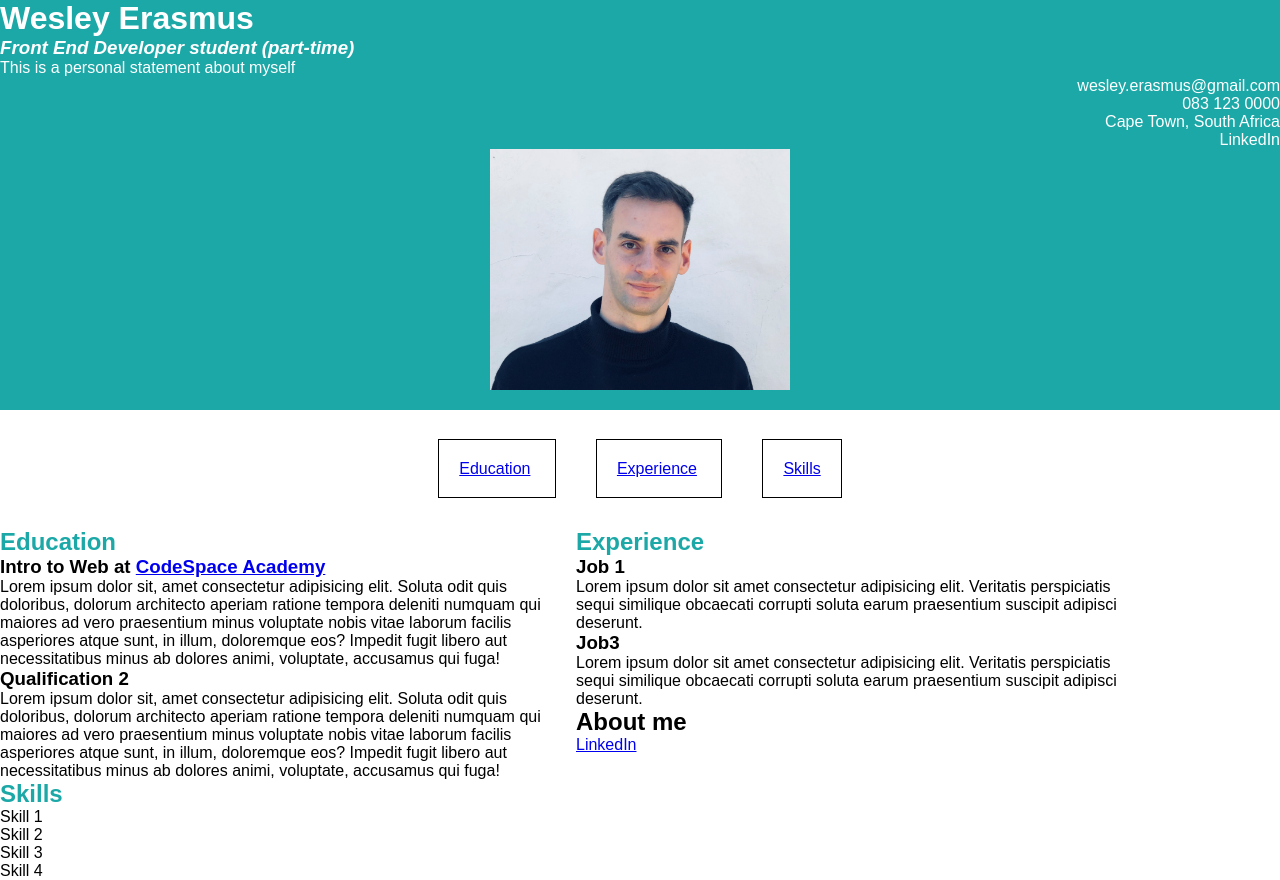
Repository: WesleyErasmus/myDigitalResume
Page: Resume-Projec-3/index.html
These files come from the project's save history. The page is drawn as it stood at one moment and after the next save; the edit follows.
The browser window is 1280 px wide. The pictures show the whole page.

Above is the page before, as saved 2022-02-12 11:40:48.

### Resume-Projec-3/index.html
<!DOCTYPE html>
<html lang="en">

<head>
  <meta charset="UTF-8">
  <meta http-equiv="X-UA-Compatible" content="IE=edge">
  <meta name="viewport" content="width=device-width, initial-scale=1.0">
  <title>Hello World</title>
  <link rel="stylesheet" href="styles.css">
</head>

<body>
  <header>
    <h1>Wesley Erasmus</h1>
    <h3> <em>Front End Developer student (part-time)</em></h3>
    <p>This is a personal statement about myself</p>

    <ul class="contact-details">
      <li>wesley.erasmus@gmail.com</li>
      <li>083 123 0000</li>
      <li>Cape Town, South Africa</li>
      <li>LinkedIn</li>
    </ul>

    <img id="headshot" src="images/IMG_01081.jpg" alt="Portrait image of Wesley Erasmus" width="300px" height="auto">

  </header>
  <nav>

    <ul class="page-links">
      <li> <a href="#Education">Education</a> </li>
      <li> <a href="#Experience">Experience</a> </li>
      <li> <a href="#Skills">Skills</a> </li>
    </ul>

  </nav>

  <main>

    <div class="flex-col-1">

      <h2 class="color-headings" id="Education">Education</h2>

      <h3>Intro to Web at <a href="https://www.codespace.co.za/" target="_blank">CodeSpace Academy</a> </h3>

      <p>Lorem ipsum dolor sit, amet consectetur adipisicing elit. Soluta odit quis doloribus, dolorum architecto
        aperiam ratione tempora deleniti numquam qui maiores ad vero praesentium minus voluptate nobis vitae laborum
        facilis asperiores atque sunt, in illum, doloremque eos? Impedit fugit libero aut necessitatibus minus ab
        dolores animi, voluptate, accusamus qui fuga!</p>

        <h3>Qualification 2</h3>

      <p>Lorem ipsum dolor sit, amet consectetur adipisicing elit. Soluta odit quis doloribus, dolorum architecto
        aperiam ratione tempora deleniti numquam qui maiores ad vero praesentium minus voluptate nobis vitae laborum
        facilis asperiores atque sunt, in illum, doloremque eos? Impedit fugit libero aut necessitatibus minus ab
        dolores animi, voluptate, accusamus qui fuga!</p>




      <h2 class="color-headings" id="Skills">Skills</h2>

      <ul>
      <li>Skill 1</li>
      <li>Skill 2</li>
      <li>Skill 3</li>
      <li>Skill 4</li>
    </ul>

  </div>


    <div class="flex-col-1">
    <h2 class="color-headings" id="Experience">Experience</h2>
    <h3>Job 1</h3>
    <p>Lorem ipsum dolor sit amet consectetur adipisicing elit. Veritatis perspiciatis sequi similique obcaecati
      corrupti soluta earum praesentium suscipit adipisci deserunt.</p>
    <h3>Job3</h3>
    <p>Lorem ipsum dolor sit amet consectetur adipisicing elit. Veritatis perspiciatis sequi similique obcaecati
      corrupti soluta earum praesentium suscipit adipisci deserunt.</p>


    <h2 class="about-me" >About me</h2>
    <p>
      <a href="https://www.linkedin.com/feed/" target="_blank">LinkedIn</a>
    </p>
  </div>

  </main>

</body>

</html>

### Resume-Projec-3/styles.css
* {
    margin: 0;
    padding: 0;
    font-family: sans-serif;
}
header {
    background-color: rgb(29, 168, 168);
    color: #fff;
    margin-bottom: 50px;
}
.contact-details {
    text-align: right;
}
img {
    display: block;
    margin: 0 auto;
    padding-bottom: 20px;
}
.page-links li{
    display: inline;
    background-color: #fff;
    margin: 20px;
    padding: 20px;
    border: 1px solid black;
}
.color-headings {
    color: rgb(29, 168, 168);
}
.page-links{
    text-align: center;
}

main {
    margin-top: 50px;
    display: flex;
    flex-direction: row;
}
.flex-col-1, .flex-col-2 {
text-align: left;
width: 45%;

}

After the next save:
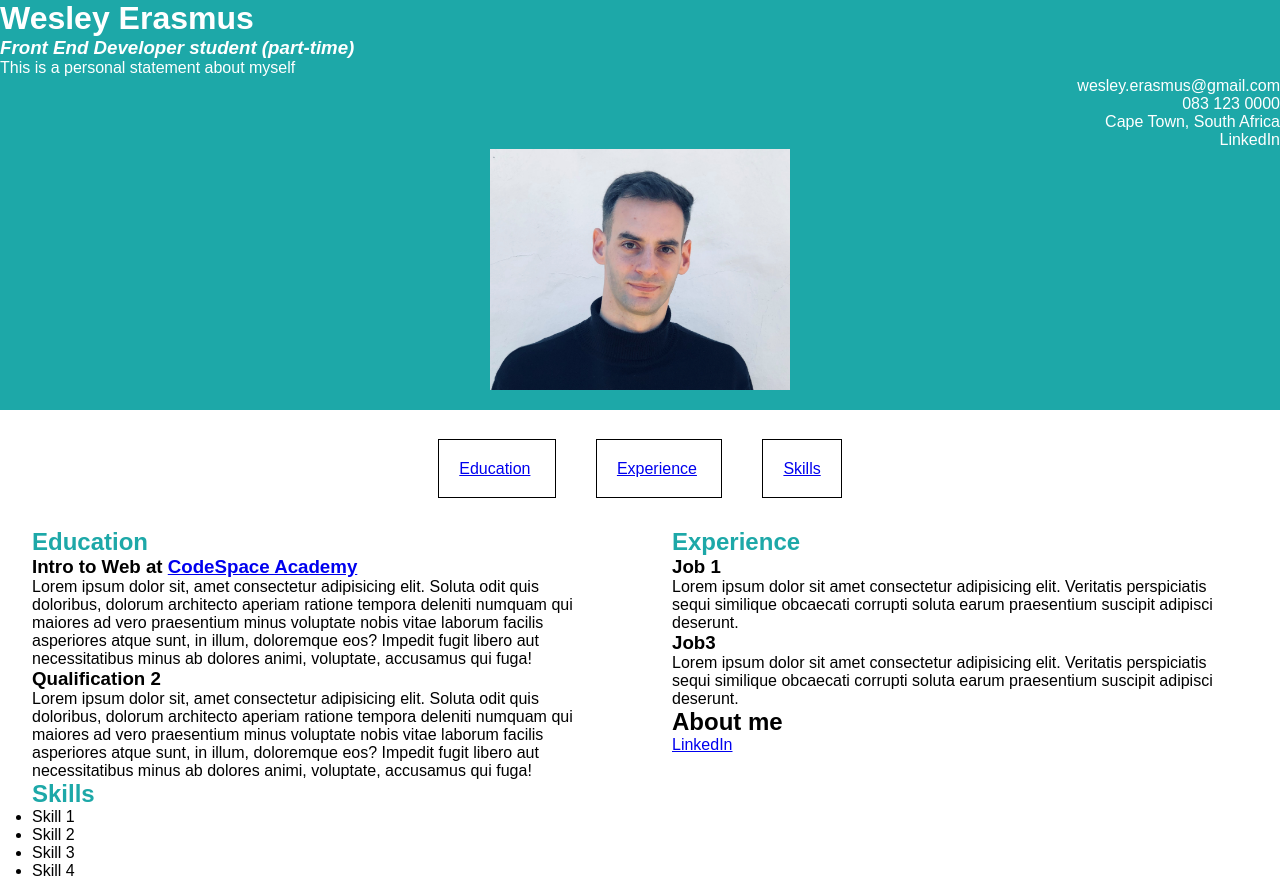
Saved 20 s later.
--- a/Resume-Projec-3/styles.css
+++ b/Resume-Projec-3/styles.css
@@ -36,7 +36,8 @@ main {
     flex-direction: row;
 }
 .flex-col-1, .flex-col-2 {
-text-align: left;
-width: 45%;
+    margin: 0 auto;
+    text-align: left;
+    width: 45%;
 
 }
